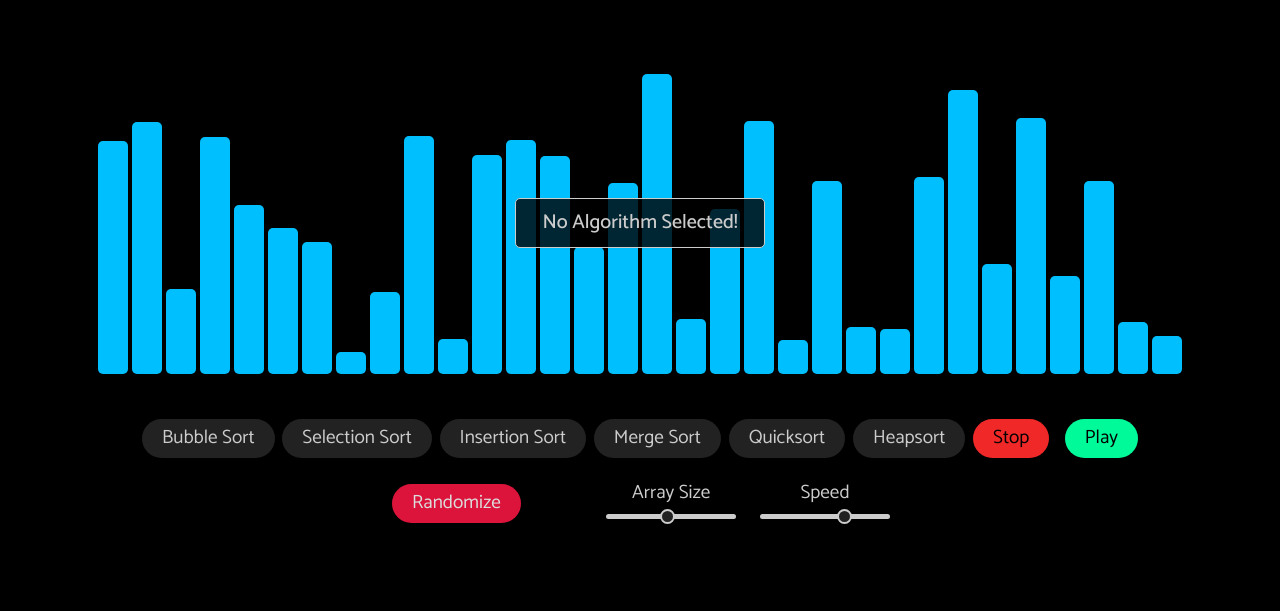
Repository: sneha1010/Sorting-visualizer
Page: index.html
These files come from the project's save history. The page is drawn as it stood at one moment and after the next save; the edit follows.
The browser window is 1280 px wide. The pictures show the whole page.
After loading, the first visible `#sort` was clicked once.

Above is the page before, as saved 2022-06-13 18:54:39.

After the next save:
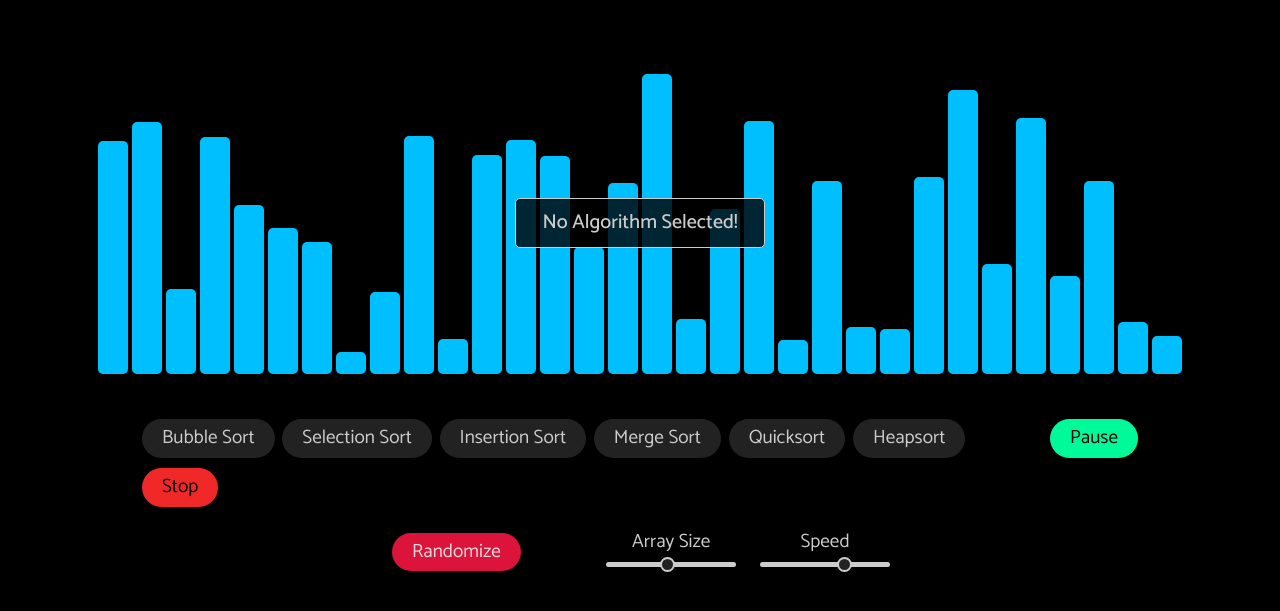
Saved 69 s later.
--- a/assets/script.js
+++ b/assets/script.js
@@ -29,7 +29,7 @@
 var margin_element;
 
 var algo_selected;
-var run=true;
+var run=false;
 var first=true;
 var halt =false;
 function updateValues() {
@@ -158,6 +158,8 @@
         async function() {
             if(first){
                 first=false;
+                pauseHandler();
+
             disableOthers();
 
             setColorRange(0, size - 1, UNSORTED);
